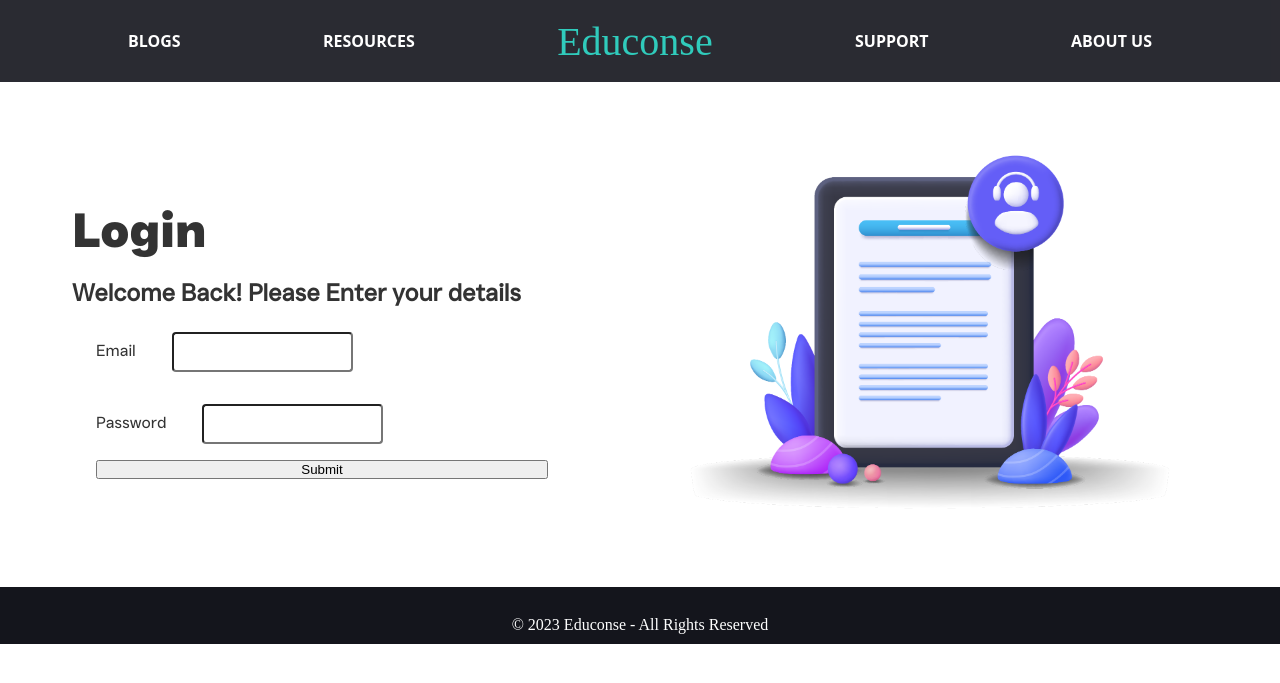
Repository: devajay07/educonse
Page: pages/login.html
The author's editor kept a copy of each file at every save. The page is drawn from the files as they stood at one save, then again after the next save.
The browser window is 1280 px wide. The pictures show the whole page.

Above is the page before, as saved 2023-10-15 02:28:24.

### pages/login.html
<!DOCTYPE html>
<html lang="en">

<head>
  <meta charset="UTF-8" />
  <meta name="viewport" content="width=device-width, initial-scale=1.0" />
  <title>Document</title>

  <script src="https://code.jquery.com/jquery-3.7.0.js"></script>
  <link rel="stylesheet" href="/css/header.css" />
  <link rel="stylesheet" href="/css/login.css" />
</head>

<body>
  <header id="header"></header>
  <main>
    <div class="login-panel">
      <div class="left-section">
        <div class="top">
          <h1 class="heading">Login</h1>
          <h2 class="sub-heading">Welcome Back! Please Enter your details</h2>
        </div>
        <div class="input-form" id="input-form">
          <div class="email">
            <label for="email-input">Email</label>
            <input type="email" name="email-input" id="email-input" />
          </div>
          <div class="password">
            <label for="password-input">Password</label>
            <input type="password" id="password-input">
          </div>
          <input type="button" value="Submit" id="submit">
        </div>

      </div>
      <div class="right-section">

        <img src="/images/login1.png" alt="Login Image" id="login-img">
      </div>
    </div>
  </main>
  <footer>
    <div class="footer-2">&copy; 2023 Educonse - All Rights Reserved</div>
  </footer>
  <script>
    $(document).ready(function () {
      $("#header").load("/pages/header.html");
    });
  </script>
</body>

</html>

### css/header.css
@import url("https://cdnjs.cloudflare.com/ajax/libs/font-awesome/6.4.2/css/all.min.css");
* {
  padding: 0;
  margin: 0;
  box-sizing: border-box;
}
@font-face {
  font-family: "brand-bold";
  src: url("/fonts/brand-bold.otf") format("opentype");
  font-weight: normal;
  font-style: normal;
}
@font-face {
  font-family: "brand-reg";
  src: url("/fonts/brand-regular.otf") format("opentype");
  font-weight: normal;
  font-style: normal;
}

:root {
  --brand-color: hsla(291, 60%, 34%, 1);
  --hookers-green: hsla(174, 17%, 46%, 1);
  --white: hsla(0, 0%, 100%, 1);
  --poppy: hsla(356, 74%, 52%, 1);
  --black: hsla(60, 1%, 14%, 1);
  --beige: #f5f5dc;

  --brand-bold: "brand-bold", sans-serif;
  --brand-reg: "brand-reg", sans-serif;
  --universal-margin: 1rem 8rem;
  --section-margin: 1rem;
  --footer-bg: rgb(20, 21, 28);
}

body {
  background-color: white;
  color: #333; /* A light version of black */
}

.nav-container {
  display: flex;
  align-items: center;
  justify-content: space-between;
  width: 100%;
  margin: var(--universal-margin);
  height: 50px;
}
.nav-container .nav-item {
  font-family: system-ui, -apple-system, BlinkMacSystemFont, "Segoe UI", Roboto,
    Oxygen, Ubuntu, Cantarell, "Open Sans", "Helvetica Neue", sans-serif;
  color: var(--white);
  font-weight: bolder;
}

nav {
  display: flex;
  justify-content: space-between;
  align-items: center;
  background-color: var(--footer-bg);
  opacity: 0.9;
  color: white;
}

nav .brand {
  font-size: 40px;
  color: var(--brand-color);
  font-family: var(--brand-font);
}

nav a {
  text-decoration: none;
  color: white;
}

footer {
  display: flex;
  flex-direction: column;
}
.footer-1 {
  display: flex;
  justify-content: space-evenly;
}
.footer-1 .customer-service > div {
  padding: 0.2rem;
}
.footer-1 h1 {
  font-size: 1.2rem;
  font-family: var(--brand-font);
  margin-bottom: 0.5rem;
}
.footer-1 p {
  font-size: 0.8rem;
  opacity: 0.6;
  color: #f0e8e8;
  padding: 0.3rem;
  font-family: var(--brand-reg);
}
.footer-1 .heading{
  padding-bottom: 1rem;
  font-family: var(--brand-bold);
}


.footer-1 span {
  font-size: 0.8rem;
  margin: 0.4rem;
}

.footer-1 a {
  color: #f0f0ea;
  text-decoration: none;
}
.footer-1 .reach-us {
  display: flex;
  align-items: center;
  flex-direction: column;
}

.reach-us iframe{
  border-radius: 8px;
}

.footer-2{
  padding-top: 1.2rem;
}

.text {
  color: white;
  font-size: 20px;
  position: absolute;
  top: 50%;
  left: 50%;
  transform: translate(-50%, -50%);
  -ms-transform: translate(-50%, -50%);
  white-space: nowrap;
}

@charset "UTF-8";

.svg-inline--fa {
  vertical-align: -0.2em;
}

.rounded-social-buttons {
  text-align: center;
}

.rounded-social-buttons .social-button {
  display: inline-block;
  position: relative;
  cursor: pointer;
  width: 3.125rem;
  height: 3.125rem;
  border: 0.125rem solid transparent;
  padding: 0;
  text-decoration: none;
  text-align: center;
  color: #fefefe;
  font-size: 1.5625rem;
  font-weight: normal;
  line-height: 2em;
  border-radius: 1.6875rem;
  transition: all 0.5s ease;
  margin-right: 0.25rem;
  margin-bottom: 0.25rem;
}

.rounded-social-buttons .social-button:hover,
.rounded-social-buttons .social-button:focus {
  -webkit-transform: rotate(360deg);
  -ms-transform: rotate(360deg);
  transform: rotate(360deg);
}

.rounded-social-buttons .fa-twitter,
.fa-facebook-f,
.fa-linkedin,
.fa-youtube,
.fa-instagram {
  font-size: 25px;
}

.rounded-social-buttons .social-button.facebook {
  background: #3b5998;
}

.rounded-social-buttons .social-button.facebook:hover,
.rounded-social-buttons .social-button.facebook:focus {
  color: #3b5998;
  background: #fefefe;
  border-color: #3b5998;
}

.rounded-social-buttons .social-button.twitter {
  background: #55acee;
}

.rounded-social-buttons .social-button.twitter:hover,
.rounded-social-buttons .social-button.twitter:focus {
  color: #55acee;
  background: #fefefe;
  border-color: #55acee;
}

.rounded-social-buttons .social-button.linkedin {
  background: #007bb5;
}

.rounded-social-buttons .social-button.linkedin:hover,
.rounded-social-buttons .social-button.linkedin:focus {
  color: #007bb5;
  background: #fefefe;
  border-color: #007bb5;
}

.rounded-social-buttons .social-button.youtube {
  background: #bb0000;
}

.rounded-social-buttons .social-button.youtube:hover,
.rounded-social-buttons .social-button.youtube:focus {
  color: #bb0000;
  background: #fefefe;
  border-color: #bb0000;
}

.rounded-social-buttons .social-button.instagram {
  background: #125688;
}

.rounded-social-buttons .social-button.instagram:hover,
.rounded-social-buttons .social-button.instagram:focus {
  color: #125688;
  background: #fefefe;
  border-color: #125688;
}

footer {
  background-color: var(--footer-bg);
  color: white;
  text-align: center;
  padding: 10px 0;
}

### css/login.css
@import url("/css/global.css");
main .login-panel{
  display: flex;
  justify-content: center;
  background-color: var(--white);
  font-family: var(--brand-reg);
}

.left-section{
  width: 800px;
  display: flex;
  flex-direction: column;
  justify-content: center;
  font-family: var(--brand-reg );
  padding: 2rem;
  padding-left: 4rem;
}

.input-form{
  display: flex;
  flex-direction: column;
  font-family: var(--brand-reg);
  padding-left: 2rem;

}
.input>div{
  font-size: 1.3rem;
  margin:0.5rem;
}
label{
  padding-right: 1rem;
}

input[type=password],input[type=email]{

  height: 40px;
  border-radius:4px;
  margin: 1rem;
}

.heading{
  font-family: var(--brand-bold);
  font-size: 3rem;
  padding: 0.5rem;
}

.sub-heading{
  font-family: var(--brand-reg);
  font-size: 1.5rem;
  padding: 0.5rem;
}




#login-img{
  width: 700px;
  height:500px;
  object-fit: contain;
}

### css/global.css
@import url("https://cdnjs.cloudflare.com/ajax/libs/font-awesome/6.4.2/css/all.min.css");
* {
  padding: 0;
  margin: 0;
  box-sizing: border-box;
}
@font-face {
  font-family: "brand-bold";
  src: url("/fonts/brand-bold.otf") format("opentype");
  font-weight: normal;
  font-style: normal;
}
@font-face {
  font-family: "brand-reg";
  src: url("/fonts/brand-regular.otf") format("opentype");
  font-weight: normal;
  font-style: normal;
}

:root {
  --brand-color: rgb(26, 198, 181);
  --hookers-green: hsla(174, 17%, 46%, 1);
  --white: hsla(0, 0%, 100%, 1);
  --poppy: hsla(356, 74%, 52%, 1);
  --black: hsla(60, 1%, 14%, 1);
  --beige: #f5f5dc;

  --brand-bold: "brand-bold", sans-serif;
  --brand-reg: "brand-reg", sans-serif;
  --universal-margin: 1rem 8rem;
  --section-margin: 1rem;
  --footer-bg: rgb(20, 21, 28);
}

### pages/header.html
<nav>
  <div class="nav-container">
    <div class="nav-item">BLOGS</div>
    <div class="nav-item">RESOURCES</div>
    <div class="brand">Educonse</div>
    <div class="nav-item">SUPPORT</div>
    <div class="nav-item">ABOUT US</div>
  </div>
</nav>

After the next save:
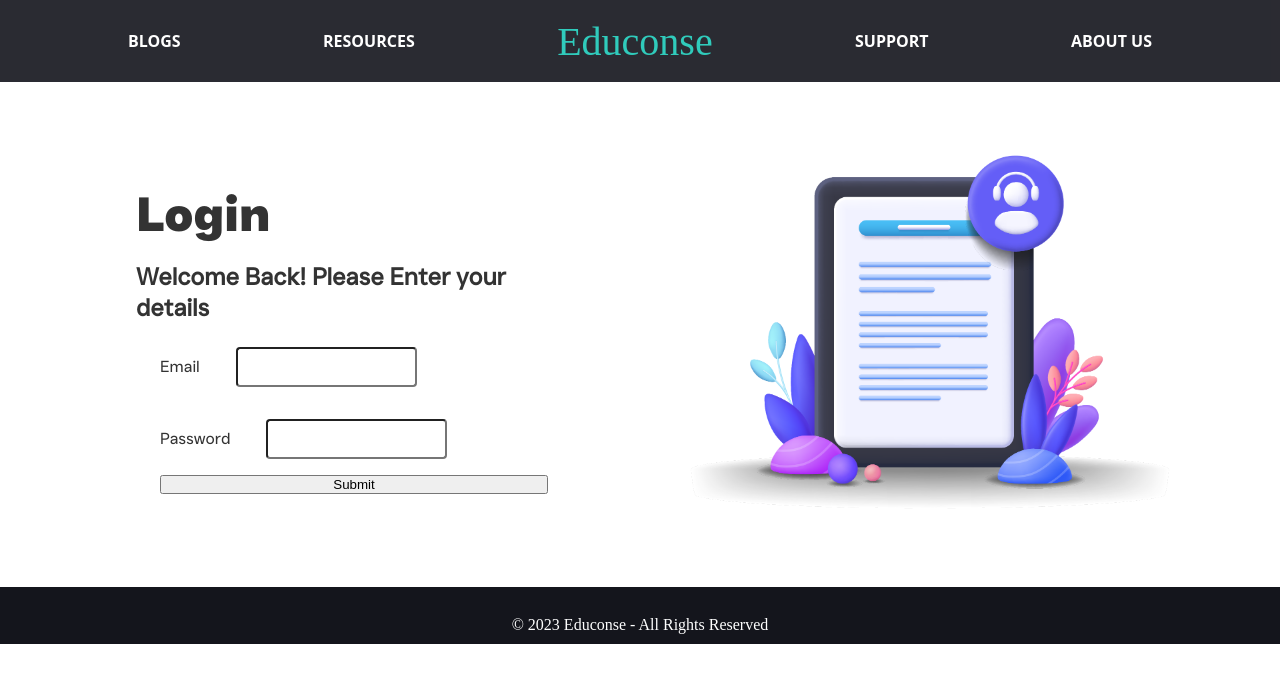
Saved 6 s later.
--- a/css/login.css
+++ b/css/login.css
@@ -13,7 +13,7 @@ main .login-panel{
   justify-content: center;
   font-family: var(--brand-reg );
   padding: 2rem;
-  padding-left: 4rem;
+  padding-left: 8rem;
 }
 
 .input-form{
